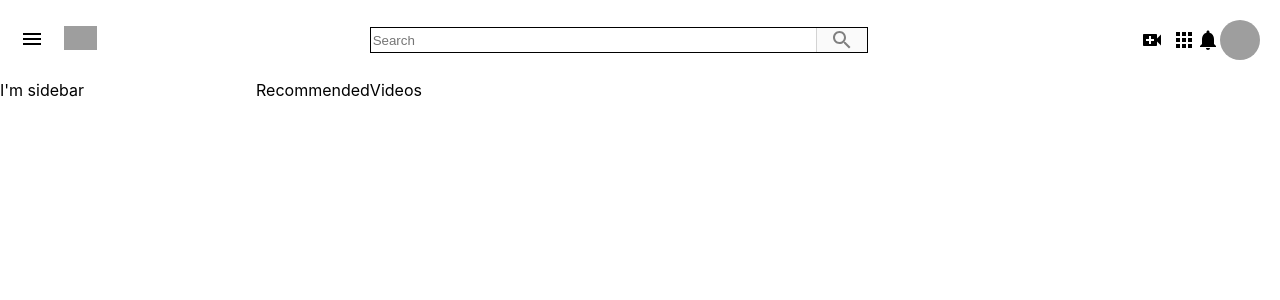
Repository: SubhashiniSundaresan/youtube-clone
Page: /search/
The author's editor kept a copy of each file at every save. The page is drawn from the files as they stood at one save, then again after the next save.
The browser window is 1280 px wide. The pictures show the whole page.
Pictures or frames that could not be fetched are drawn as grey boxes. The project was rebuilt for these pictures with package versions that can differ from the ones it lists, and the page was loaded fresh each time. Also part of the build but not shown: src/RecommendedVideos.css.

Above is the page before, as saved 2020-12-23 15:03:23.

After the next save:
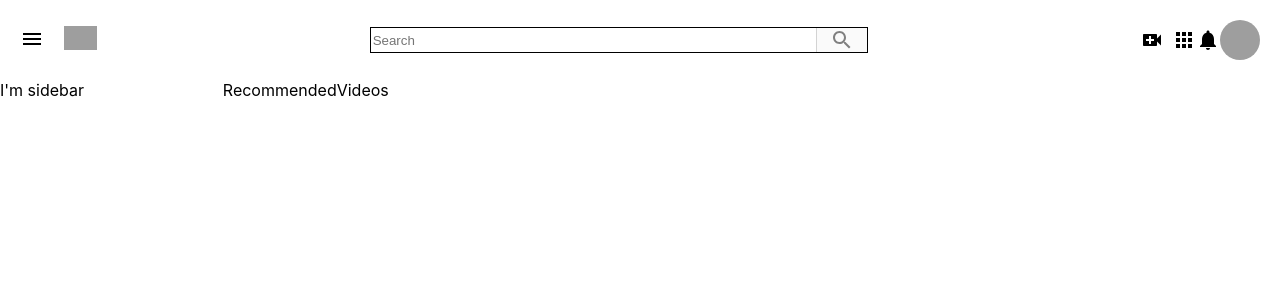
Saved 27 s later.
--- a/src/Sidebar.css
+++ b/src/Sidebar.css
@@ -1,3 +1,3 @@
 .sidebar {
-    width:20%;
+    flex: 0.2;
 }
